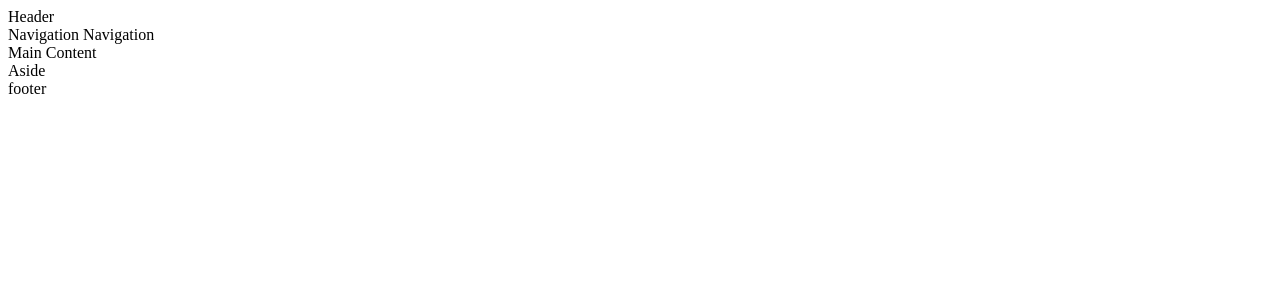
Repository: dishant8/Web-development
Page: public/WebDevWorkspace/experiment/WebContent/CSS/BorderLayout.html
These files come from the project's save history. The page is drawn as it stood at one moment and after the next save; the edit follows.
The browser window is 1280 px wide. The pictures show the whole page.

Above is the page before, as saved 2015-09-29 08:24:47.

After the next save:
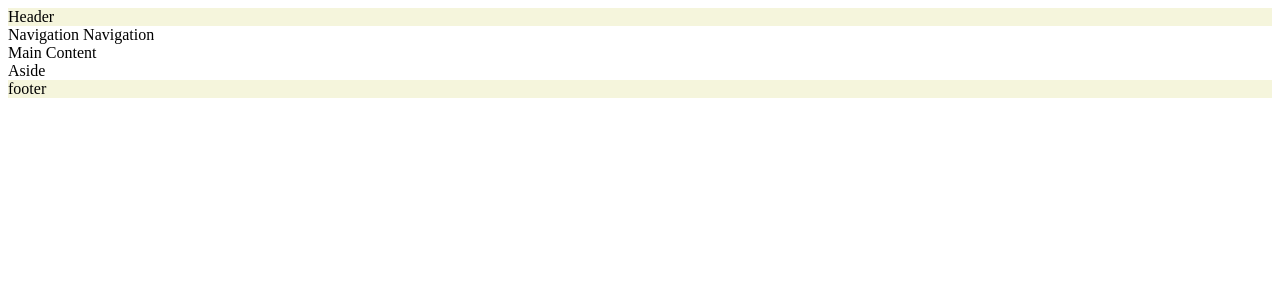
Saved 18 s later.
--- a/public/WebDevWorkspace/experiment/WebContent/CSS/CssStyle/style.css
+++ b/public/WebDevWorkspace/experiment/WebContent/CSS/CssStyle/style.css
@@ -18,7 +18,7 @@ h1,h2,h3,h4{
 #north, #south{
 
 
-
+	background-color: beige;
 }
 
 
